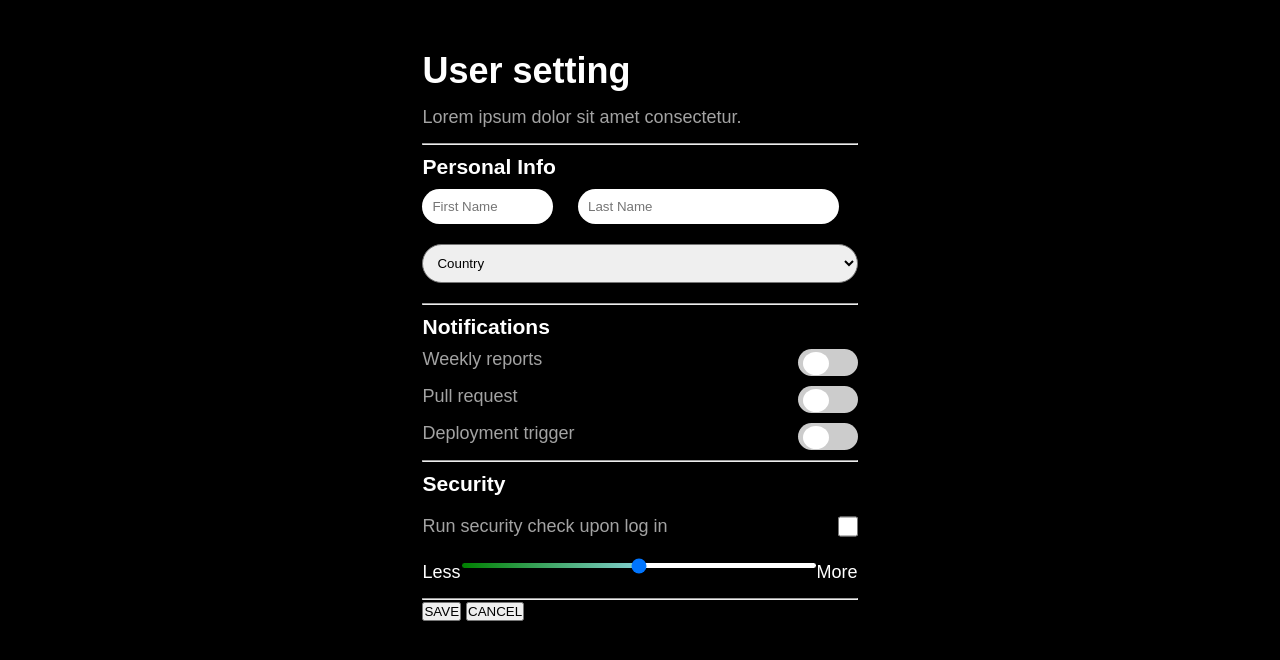
Repository: imokha01/DOM
Page: index.html
These files come from the project's save history. The page is drawn as it stood at one moment and after a run of saves; the edit follows.
The browser window is 1280 px wide. The pictures show the whole page.

Above is the page before, as saved 2023-12-21 10:22:20.
Console error: TypeError: Cannot set properties of null (setting 'oninput')

### index.html
<!DOCTYPE html>
<html lang="en">
  <head>
    <meta charset="UTF-8" />
    <meta name="viewport" content="width=device-width, initial-scale=1.0" />
    <title>Document</title>
    <link rel="stylesheet" href="./index.css" />
  </head>
<body>
  <div class="form_container">
    <form action="#" id="form">
      <div>
          <h1>User setting</h1>
          <p id="userPara">Lorem ipsum dolor sit amet consectetur.</p>
      </div>
      <hr>
      <div>
        <h3>Personal Info</h3>
        <input type="text" class="firstName" placeholder="First Name">
        <input type="text" class="lastName" placeholder="Last Name"> <br>
        <select>
            <option value="country" disabled hidden selected>Country</option>
            <option value="Nigeria">Nigeria</option>
            <option value="ghana">Ghana</option>
            <option value="algeria">Algeria</option>
        </select>
        <hr>
        <div>
          <h3>Notifications</h3>
          <div class="weeklyReport">
            <p class="week-para">Weekly reports</p>
            <!-- Rounded switch -->
            <div>
              <label class="switch">
                <input type="checkbox">
               <span class="slider round"></span>
              </label>
            </div>
          </div>
          <div class="pullRequest">
            <p class="pull-para">Pull request</p>
            <!-- Rounded switch -->
            <div>
              <label class="switch">
                <input type="checkbox">
               <span class="slider round"></span>
              </label>
            </div>
          </div>
          <div class="deployment">
            <p class="depoly-para">Deployment trigger</p>
            <!-- Rounded switch -->
            <div>
              <label class="switch">
                <input type="checkbox">
               <span class="slider round"></span>
              </label>
            </div>
          </div>
          <hr>
          <div class="security">
            <h3> Security</h3>
            <div>
              <p id="secu-para">Run security check upon log in</p>
              <input type="checkbox" id="check">
            </div>
            <div>
              <span>Less</span>
              <input type="range" id="range">
              <span> More </span>
            </div>
           <hr>
           <button type="save">SAVE</button>
           <button type="cancel">CANCEL</button
        </div>
        </div>
      </div>
    </form>
  </div>
    <script src="./index.js"></script>
  </body>
</html>

### index.css
* {
    margin: 0;
    padding: 0;
    box-sizing: border-box;
}

body{
    font-family: Arial, Helvetica, sans-serif;
    background-color: black;
    font-size: 18px;
}

.form_container {
    display: flex;
    justify-content: center;
    align-items: center;
    margin-top: 50px;
    gap: 2px;
    background-color: black;
    color: while;
}

form {
    color: white;
}

form p {
    color: #a3a3a3
}

#userPara {
    padding: 15px 0;
}

h3 {
    margin: 10px 0;
}

.firstName{
    width: 30%;
    padding: 10px;
    border-radius: 20px;
    margin-right: 20px;
    border: none;
  }

  .lastName {
    width: 60%;
    padding: 10px;
    border-radius: 20px;
    border: none;

}

select {
    width: 100%;
    padding: 10px 10px;
    border-radius: 20px;
    margin: 20px 0;
  }

  option {
    padding: 20px 0;

  }
  .weeklyReport,
  .deployment,
  .pullRequest {
    display: flex;
    justify-content: space-between;
    margin-bottom: 10px;
  }

  .security h3 + div {
    display: flex;
    justify-content: space-between;
    padding: 10px 0;
  }

#check {
  width: 20px;
}

.security div:last-of-type{
    width: 100%;
    display: flex;
    justify-content: space-between;
    padding: 15px 0;
  }

  #range {
    width: 280px;
    background: linear-gradient(to right, green 0%, #82CFD0 50%, #fff 50%, #fff 100%);
    border: solid 1px black;
    border-radius: 8px;
    height: 7px;
    width: 356px;
    outline: none;
    transition: background 450ms ease-in;
    -webkit-appearance: none;
  }
  }

/* input[type='range']::-webkit-slider-runnable-track {
    background-color: green;
  } */

  button {
    padding: 10px;
    border-radius: 20px;
    margin: 20px 0;
    font-size: 15px;
    width: 40%;
    margin: 15px;
    background-color: #2096f3;
    color: white;
}

button:hover {
    cursor: pointer;
    background-color: green;
    color: blue;
}






/* The switch - the box around the slider */
.switch {
    position: relative;
    display: inline-block;
    width: 60px;
    height: 27px;
  }

  /* Hide default HTML checkbox */
  .switch input {
    opacity: 0;
    width: 0;
    height: 0;
  }

  /* The slider */
  .slider {
    position: absolute;
    cursor: pointer;
    top: 0;
    left: 0;
    right: 0;
    bottom: 0;
    background-color: #ccc;
    -webkit-transition: .4s;
    transition: .4s;
  }

  .slider:before {
    position: absolute;
    content: "";
    height: 23px;
    width: 26px;
    left: 5px;
    bottom: 1px;
    background-color: white;
    -webkit-transition: .4s;
    transition: .4s;
  }

  input:checked + .slider {
    background-color: #2196F3;
  }

  input:focus + .slider {
    box-shadow: 0 0 1px #2196F3;
  }

  input:checked + .slider:before {
    -webkit-transform: translateX(26px);
    -ms-transform: translateX(26px);
    transform: translateX(26px);
  }

  /* Rounded sliders */
  .slider.round {
    border-radius: 34px;
  }

  .slider.round:before {
    border-radius: 50%;
  }

### index.js
// The range slider function
document.getElementById("myinput").oninput = function() {
    var value = (this.value-this.min)/(this.max-this.min)*100
    this.style.background = 'linear-gradient(to right, #82CFD0 0%, #82CFD0 ' + value + '%, #fff ' + value + '%, white 100%)'
  };

After the next 2 saves:
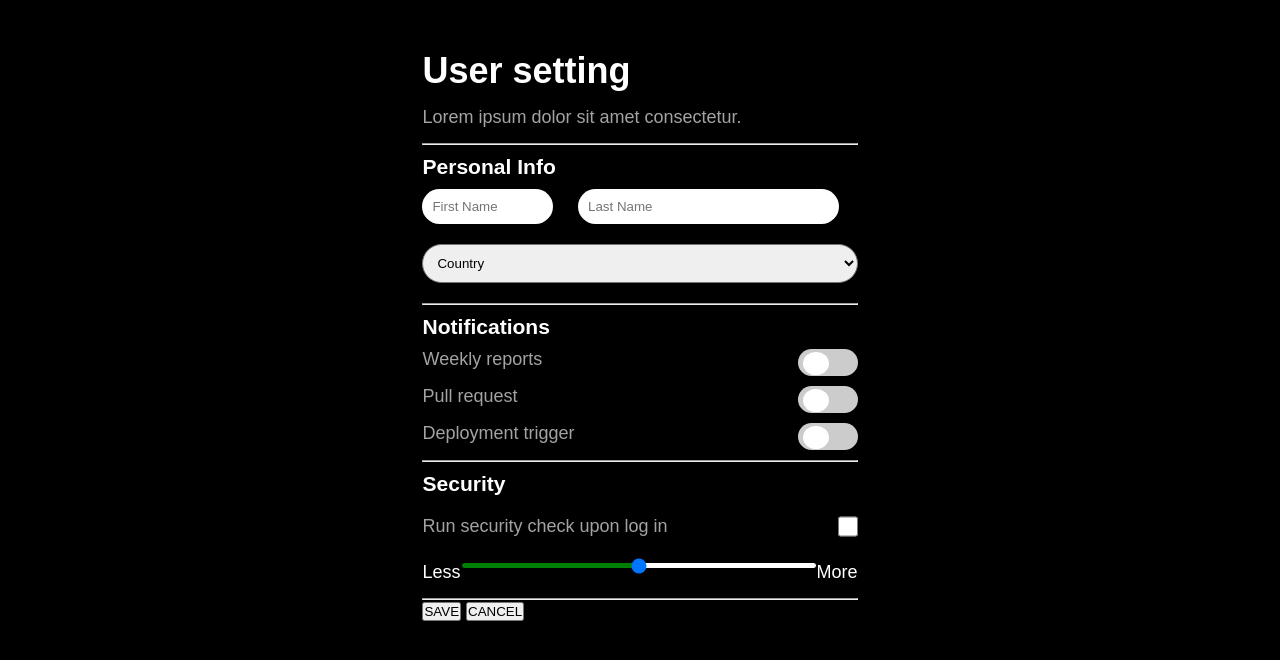
The 2 saves are shown as one change because they came seconds apart.
The last was saved 8 s later.
--- a/index.css
+++ b/index.css
@@ -90,7 +90,7 @@ select {
 
   #range {
     width: 280px;
-    background: linear-gradient(to right, green 0%, #82CFD0 50%, #fff 50%, #fff 100%);
+    background: linear-gradient(to right, green 0%, green 50%, #fff 50%, #fff 100%);
     border: solid 1px black;
     border-radius: 8px;
     height: 7px;
